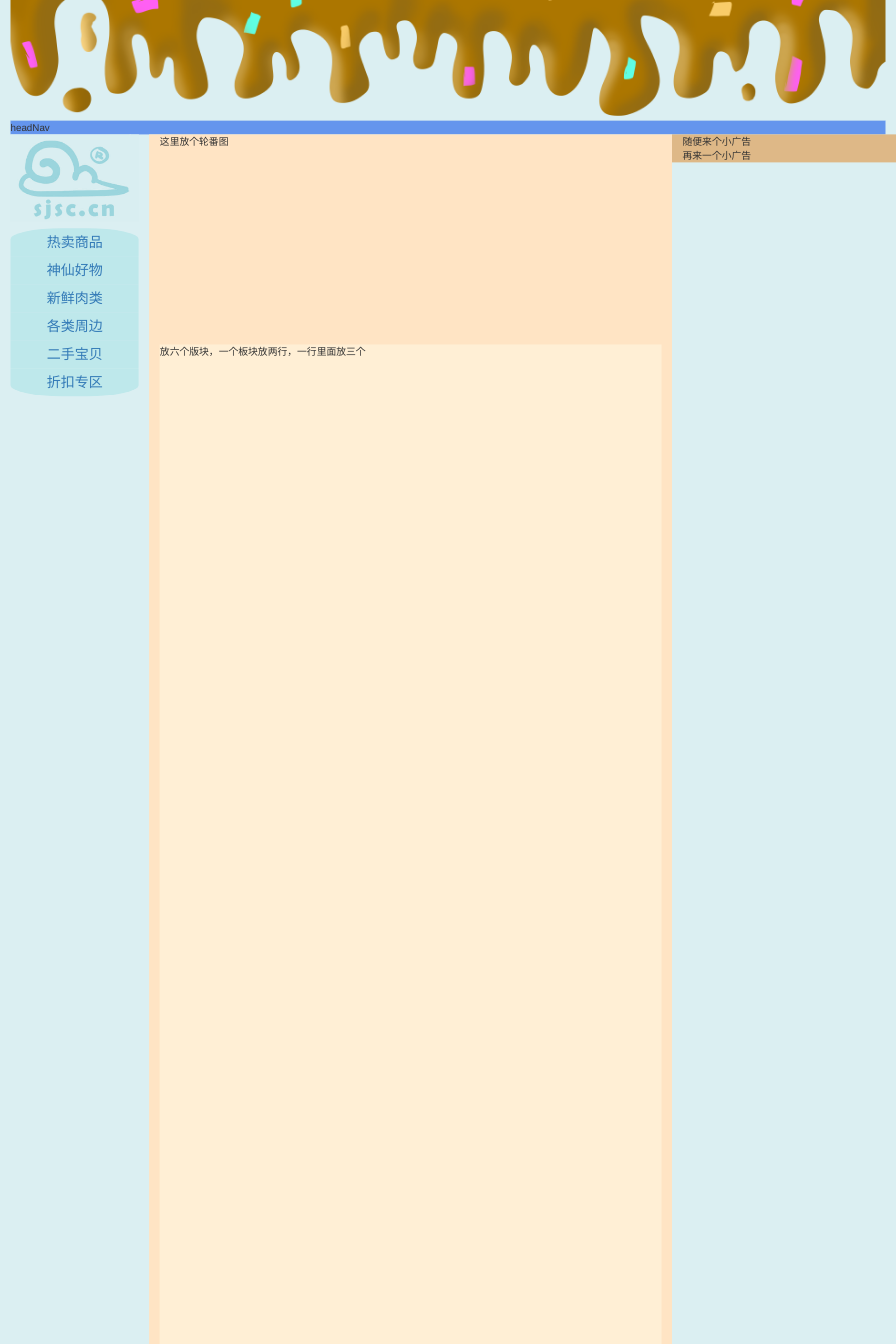
Repository: 15378517762/zxy
Page: html/index.html
These files come from the project's save history. The page is drawn as it stood at one moment and after the next save; the edit follows.
The browser window is 1280 px wide. The pictures show the part of the page from y = 0 to 1920 px (the page is 3392 px tall), at 70% of full size.

Above is the page before, as saved 2021-05-28 21:26:08.

After the next save:
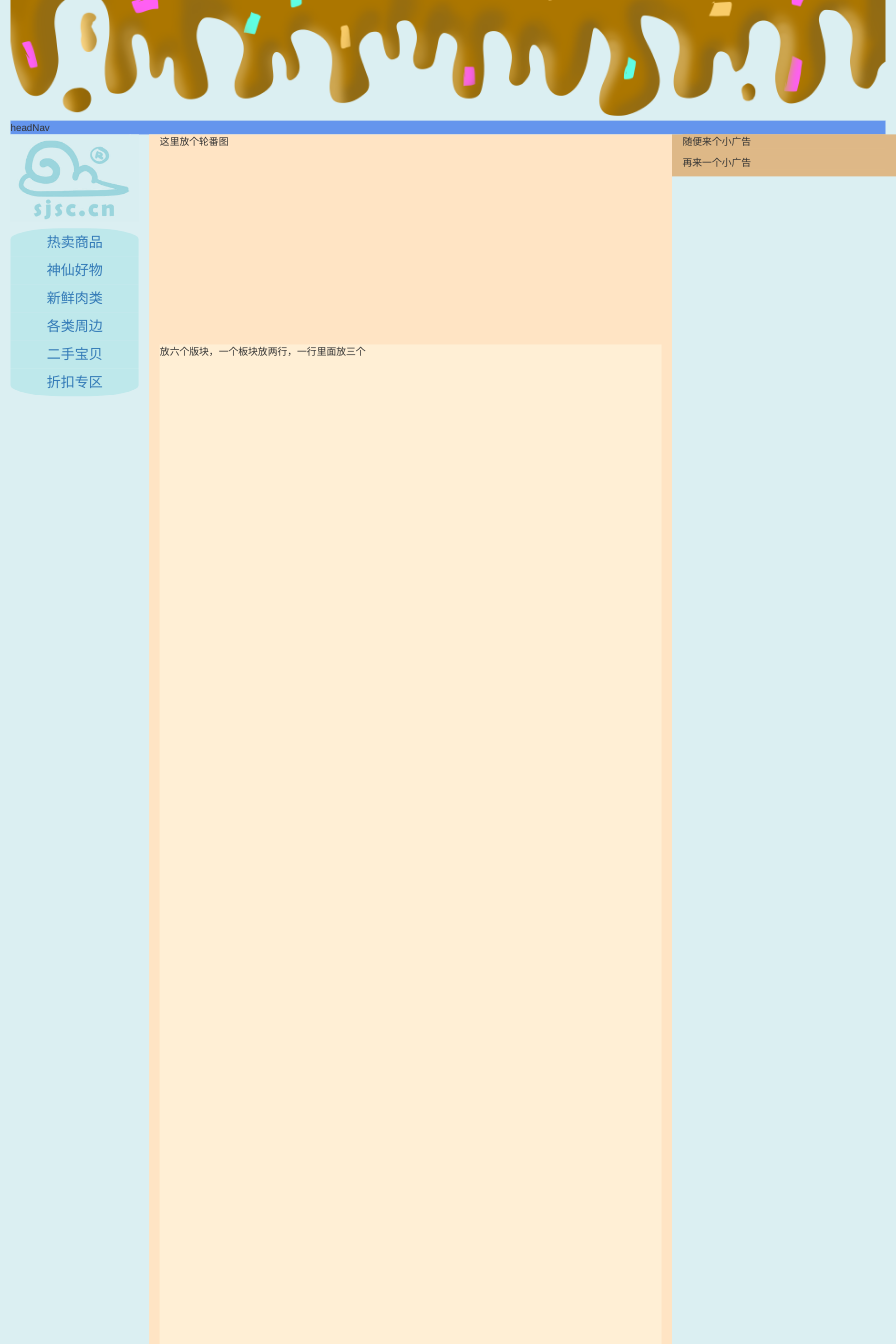
Saved 78 s later.
--- a/css/index.css
+++ b/css/index.css
@@ -91,6 +91,11 @@
     background-color: burlywood;
 }
 
+.ad1,.ad2{
+    background-color: burlywood;
+    margin-bottom: 10px;
+}
+
 .footer {
     height: 100px;
     background-color: peachpuff;
